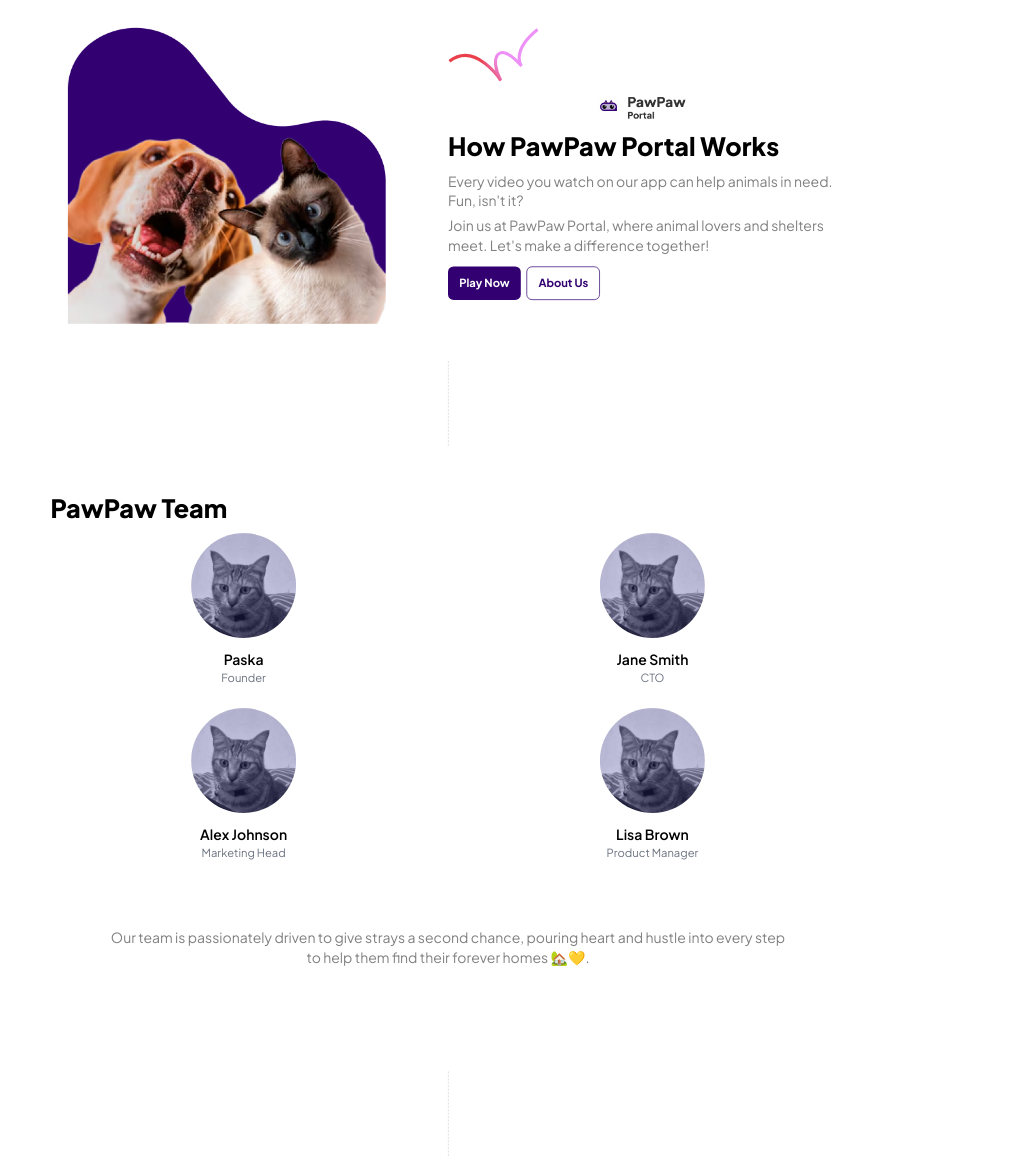
Repository: paskasiregar/pawpawwebsite
Page: /
An editor plug-in stored every save of this project. The page is shown before and after the next save, followed by the edit.
The browser window is 1280 px wide. The page is 1450 px wide, so the pictures cover 1450 px, including what lies to the right of the window. The pictures show the part of the page from y = 1062 to 2742 px (the page is 4208 px tall), at 70% of full size.
The project was rebuilt for these pictures with package versions that can differ from the ones it lists, and the page was loaded fresh each time. The framework's server and built-in components were replaced by stand-ins that run in the browser. Also part of the build but not shown: next.config.js, next.config.mjs.

Above is the page before, as saved 2024-09-06 11:23:05.

### src/app/layout.js
import { Inter } from "next/font/google";
import "./globals.css";

const inter = Inter({ subsets: ["latin"] });

export const metadata = {
  title: "PawPaw Portal | Your One-Stop Shelter",
  description: "Your One-Stop Shelter",
};

export default function RootLayout({ children }) {
  return (
    <html lang="en">
      <meta
        name="google-adsense-account"
        content="ca-pub-4770655134097556"
      ></meta>
      <body className={inter.className}>{children}</body>
    </html>
  );
}

### src/app/page.js
import { Contact } from "@/components/contact";
import { Divider } from "@/components/divider";
import { Footer } from "@/components/footer";
import { Header } from "@/components/header";
import CTA from "@/components/CTA";
import Hero from "@/components/hero";
import PrimaryButton from "@/components/primaryButton";
import SecButton from "@/components/secButton";
import Image from "next/image";
import bannerImage from "../assets/banner.png";
import logoHeaderImage from "../assets/banner-10.png";
import Link from "next/link";
import Head from "next/head";
import piupiu from "../assets/piupiu.png";
import paska from "../assets/paska.png";

export default async function Home() {
  return (
    <div className="w-full font-plus-jakarta m-auto flex min-h-screen flex-col items-center justify-between">
      <Head>
        <script
          async
          src="https://pagead2.googlesyndication.com/pagead/js/adsbygoogle.js?client=ca-pub-4770655134097556"
          crossorigin="anonymous"
        ></script>
      </Head>
      <section className="w-full">
        <div className="centeredcontainer main-container">
          <Header />
        </div>
        <main className="main-container">
          <Hero />
          <Divider />
          <div className="self-stretch bg-white flex flex-col md:flex-row">
            <div className="flex-1 relative h-48 md:h-[489px] z-[0] flex items-center justify-center">
              <Image
                className="w-[80%] h-auto object-cover"
                alt="banner"
                src={bannerImage}
                width={200}
                height={200}
              />
            </div>

            {/* How it works */}
            <div
              id="how-it-works"
              className="flex-1 flex flex-col items-center md:items-start justify-center gap-4 z-[1] p-4 md:p-8"
            >
              <div className="space-y-4">
                <div className="flex justify-center md:justify-start">
                  <svg
                    width="130"
                    height="77"
                    viewBox="0 0 130 77"
                    fill="none"
                    xmlns="http://www.w3.org/2000/svg"
                  >
                    <path
                      d="M2.04016 48.038C39.1938 19.0059 75.4362 75.5193 75.4362 75.5193C58.6481 44.4597 70.5515 14.7701 105.05 54.8444C105.05 54.8444 88.8644 34.0647 127.885 2.52962"
                      stroke="url(#paint0_linear_545_35744)"
                      strokeWidth="4.42591"
                      strokeMiterlimit="10"
                      strokeLinejoin="bevel"
                    />
                    <defs>
                      <linearGradient
                        id="paint0_linear_545_35744"
                        x1="19.971"
                        y1="73.8863"
                        x2="126.116"
                        y2="-0.218346"
                        gradientUnits="userSpaceOnUse"
                      >
                        <stop offset="0.2868" stopColor="#E9404C" />
                        <stop offset="0.2967" stopColor="#EA475C" />
                        <stop offset="0.3252" stopColor="#EB5B85" />
                        <stop offset="0.3554" stopColor="#EB6CA8" />
                        <stop offset="0.3871" stopColor="#EC79C5" />
                        <stop offset="0.4209" stopColor="#EC84DB" />
                        <stop offset="0.4577" stopColor="#ED8BEB" />
                        <stop offset="0.4998" stopColor="#ED90F4" />
                        <stop offset="0.5589" stopColor="#ED91F7" />
                      </linearGradient>
                    </defs>
                  </svg>
                </div>
                <div className="hidden md:flex items-center justify-center">
                  <Image
                    className="w-36 h-10 object-cover"
                    alt="Logo"
                    src={logoHeaderImage}
                    width={120}
                    height={20}
                  />
                </div>
                <div className="flex flex-col items-center md:items-start">
                  <div className="relative font-extrabold text-2xl md:text-4xl text-center md:text-left">
                    How PawPaw Portal Works
                  </div>
                </div>
                <div className="self-stretch flex flex-col md:flex-row items-center md:items-start justify-start text-lg md:text-xl text-gray-500">
                  <div className="flex-1 flex flex-col items-center md:items-start justify-start">
                    <div className="self-stretch">
                      <p className="m-0 text-center md:text-left">
                        Every video you watch on our app can help animals in
                        need. Fun, isn&apos;t it?
                      </p>
                      <p className="m-2"></p>
                      <p className="m-0 text-center md:text-left">
                        Join us at PawPaw Portal, where animal lovers and
                        shelters meet. Let&apos;s make a difference together!
                      </p>
                    </div>
                  </div>
                </div>
                <div className="flex flex-col md:flex-row gap-2">
                  <PrimaryButton href="https://game.pawpawportal.com">
                    Play Now
                  </PrimaryButton>
                  <Link
                    href="#about-us"
                    className="flex flex-col md:flex-row gap-2"
                  >
                    <SecButton>About Us</SecButton>
                  </Link>
                </div>
              </div>
            </div>
          </div>

          {/* Team */}
          <Divider />
          <div className="self-stretch bg-white flex flex-col md:flex-row">
            <div
              id="team"
              className="flex-1 flex flex-col items-center md:items-start justify-center gap-4 z-[1] p-4 md:p-8"
            >
              <div className="space-y-4">
                <div className="flex flex-col items-center md:items-start">
                  <div className="relative font-extrabold text-2xl md:text-4xl text-center md:text-center">
                    PawPaw Team
                  </div>
                </div>

                <div className="grid grid-cols-1 md:grid-cols-2 gap-6 md:gap-8">
                  {/* Team Member 1 */}
                  <div className="flex flex-col items-center">
                    <Image
                      className="rounded-full"
                      alt="Paska"
                      src={piupiu}
                      width={150}
                      height={150}
                    />
                    <div className="text-xl font-semibold mt-4">Paska</div>
                    <div className="text-gray-500">Founder</div>
                  </div>

                  {/* Team Member 2 */}
                  <div className="flex flex-col items-center">
                    <Image
                      className="rounded-full"
                      alt="PiuPiu"
                      src={piupiu}
                      width={150}
                      height={150}
                    />
                    <div className="text-xl font-semibold mt-4">Jane Smith</div>
                    <div className="text-gray-500">CTO</div>
                  </div>

                  {/* Add more team members as needed */}
                  <div className="flex flex-col items-center">
                    <Image
                      className="rounded-full"
                      alt="PiuPiu"
                      src={piupiu}
                      width={150}
                      height={150}
                    />
                    <div className="text-xl font-semibold mt-4">
                      Alex Johnson
                    </div>
                    <div className="text-gray-500">Marketing Head</div>
                  </div>

                  <div className="flex flex-col items-center">
                    <Image
                      className="rounded-full"
                      alt="PiuPiu"
                      src={piupiu}
                      width={150}
                      height={150}
                    />
                    <div className="text-xl font-semibold mt-4">Lisa Brown</div>
                    <div className="text-gray-500">Product Manager</div>
                  </div>
                </div>

                <div className="self-stretch flex flex-col md:flex-row items-center md:items-start justify-start text-lg md:text-xl text-gray-500">
                  <div className="flex-1 flex flex-col items-center md:items-start justify-start">
                    <div className="self-stretch">
                      <p className="m-2"></p>
                      <p className="m-20 text-center md:text-center">
                        Our team is passionately driven to give strays a second
                        chance, pouring heart and hustle into every step to help
                        them find their forever homes 🏡💛.
                      </p>
                    </div>
                  </div>
                </div>
              </div>
            </div>
          </div>

          <Divider />
          <Contact />
        </main>
        <div className="w-full">
          <div>
            <CTA />
          </div>
          <div id="about-us">
            <Footer />
          </div>
        </div>
      </section>
    </div>
  );
}

### src/app/globals.css
@import url("https://fonts.googleapis.com/css2?family=Plus+Jakarta+Sans:wght@400;600;700;800&display=swap");

@tailwind base;
@tailwind components;
@tailwind utilities;

body {
  font-family: "Plus Jakarta Sans", sans-serif;
}

p,
ul {
  color: gray;
  margin-bottom: 2px;
}

section {
  margin-bottom: 8px;
}

.hero-bg {
  display: flex;
  background: radial-gradient(circle,
      rgb(204, 188, 230) 10%,
      rgb(255, 255, 255) 50%);
}

.cta-container {
  display: flex;
  justify-content: center;
  align-items: center;
  position: relative;
  background: radial-gradient(circle, rgb(14, 4, 4) 0%, rgb(14, 1, 51) 100%);
  padding: 20px;
  gap: 20px;
  min-height: 200px;
}

.cta-button {
  display: inline-block;
  padding: 20px 40px;
  font-size: 24px;
  font-weight: bold;
  color: white;
  background: black;
  border-radius: 40px;
  position: relative;
  z-index: 1;
  overflow: hidden;
  transition: all 0.3s ease;
  text-align: center;
}

.cta-button::before {
  content: "";
  position: absolute;
  top: -2px;
  left: -2px;
  right: -2px;
  bottom: -2px;
  background: linear-gradient(90deg,
      rgb(255, 244, 97) 0%,
      rgb(187, 61, 255) 50%,
      rgb(142, 23, 23) 100%);
  z-index: -1;
  border-radius: inherit;
}

.cta-button::after {
  content: "";
  position: absolute;
  top: 2px;
  left: 2px;
  right: 2px;
  bottom: 2px;
  background: black;
  z-index: -1;
  border-radius: inherit;
}

.cta-button:hover {
  color: rgb(237, 246, 133);
  background: white;
}

.footer-bg {
  background: radial-gradient(circle, rgb(14, 4, 4) 0%, rgb(14, 1, 51) 100%);
  color: white;
  text-align: center;
  padding: 20px;
}

.centeredcontainer {
  width: 100vw;
  height: auto;
}

.main-container {
  width: 100%;
  max-width: 1200px;
  margin: 0 auto;
  padding: 0;
}

.header-content {
  display: flex;
  flex-direction: row;
  align-items: center;
  justify-content: space-between;
}

.header-logo-button {
  display: flex;
  flex-direction: row;
  align-items: center;
  gap: 16px;
  /* Adjust spacing as needed */
}

html {
  scroll-behavior: smooth;
}

### src/components/contact.jsx
import React from "react";
import PrimaryButton from "@/components/primaryButton";
import NameInput from "./nameInput";
import EmailInput from "./emailInput";
import MessageInput from "./mesageInput";
import Image from "next/image";
import logoHeaderImage from "../assets/banner-10.png";

export const Contact = () => {
  return (
    <div className="font-plus-jakarta flex flex-col items-center justify-center py-16 px-4 md:px-[200px] gap-[40px] text-29xl">
      <div className="flex justify-start items-start">
        <svg
          width="1620"
          height="188"
          viewBox="0 0 1620 188"
          fill="none"
          xmlns="http://www.w3.org/2000/svg"
        >
          <path
            d="M1891 188C1891 100.375 1784.67 29.342 1653.5 29.342C1522.34 29.342 1413.53 100.375 1413.53 188C1413.53 122.37 1317.84 69.158 1199.78 69.158C1081.72 69.158 986.029 122.362 986.029 188C986.029 85.8274 930.825 3 862.735 3C794.645 3 737.369 85.8274 737.369 188C737.369 108.853 646.33 44.6865 534.029 44.6865C421.728 44.6865 330.689 108.853 330.689 188C330.689 134.381 239.649 90.9105 127.349 90.9105C15.0481 90.9105 -76 134.381 -76 188"
            stroke="url(#paint0_linear_545_35799)"
            strokeWidth="6"
            strokeMiterlimit="10"
            strokeLinejoin="bevel"
          />
          <defs>
            <linearGradient
              id="paint0_linear_545_35799"
              x1="-84.5283"
              y1="91.1699"
              x2="1899.52"
              y2="91.1699"
              gradientUnits="userSpaceOnUse"
            >
              <stop offset="0.0224" stopColor="#EBADD7" />
              <stop offset="1" stopColor="#FF2445" />
            </linearGradient>
          </defs>
        </svg>
      </div>
      <Image
        className="w-36 h-10 object-cover"
        alt="Logo"
        src={logoHeaderImage}
        width={120}
        height={20}
      />
      <div className="text-4xl font-extrabold w-full">Contact Us</div>
      <form
        action="https://forms.office.com/Pages/ResponsePage.aspx?id=FYBQO9x7eUe5JQ3XgE-7JgfHRnXS951Jum6QCf1rDZlUOTFYM1gyVUNMUzAyRTlFRVlHNUo5UVVRSy4u"
        method="post"
        target="_blank"
        className="w-full"
      >
        <div className="w-full flex flex-col items-start gap-[16px] text-base text-light-l800 font-regular-reg-2">
          <div className="w-full flex flex-col md:flex-row gap-[20px]">
            <div className="w-full md:w-1/2">
              <label
                htmlFor="name"
                className="w-full block text-sm font-medium text-gray-700"
              ></label>
              <NameInput className="w-full" id="name" name="name" required />
            </div>
            <div className="w-full md:w-1/2">
              <label
                htmlFor="email"
                className="block text-sm font-medium text-gray-700"
              ></label>
              <EmailInput className="w-full" id="email" name="email" required />
            </div>
          </div>
          <div className="w-full">
            <label
              htmlFor="message"
              className="block text-sm font-medium text-gray-700"
            ></label>
            <MessageInput
              className="w-full"
              id="message"
              name="message"
              required
            />
          </div>
        </div>
        <div className="mt-4">
          <PrimaryButton type="submit">Send Now</PrimaryButton>
        </div>
      </form>
    </div>
  );
};

export default Contact;

### src/components/divider.jsx
export const Divider = () => {
  return (
    <div className="self-stretch h-[195px] flex flex-row items-center justify-center py-16 px-[130px] box-border">
      <div className="w-px relative box-border h-[121px] border-r-[1px] border-dashed border-gray-300" />
    </div>
  );
};

### src/components/header.jsx
import Link from "next/link";
import PrimaryButton from "@/components/primaryButton";
import React from "react";
import Image from "next/image";
import logoHeaderImage from "../assets/banner-10.png";

export const Header = () => {
  return (
    <div className="font-plus-jakarta w-full flex flex-col items-center justify-center text-left text-gray-500">
      <div className="self-stretch bg-white flex flex-col items-center justify-center text-sm">
        <div className="w-full header-content p-2.5 box-border">
          <Link href="/">
            {" "}
            {/* Homepage */}
            <Image
              className="w-36 h-10 object-cover"
              alt="Logo"
              src={logoHeaderImage}
              width={120}
              height={20}
            />
          </Link>
          <div className="hidden md:flex flex-row items-center justify-center gap-8">
            <div>
              <Link href="#how-it-works">How It Works</Link>
            </div>
            <div>
              <Link href="#about-us">About Us</Link>
            </div>
            <div>
              <Link href="/privacy">Privacy Policy</Link>
            </div>
          </div>
          <div className="header-logo-button">
            <PrimaryButton href="https://game.pawpawportal.com">
              Be Our Hero Today!
            </PrimaryButton>
          </div>
        </div>
      </div>
    </div>
  );
};

export default Header;

### src/components/CTA.jsx
import React from "react";
import Link from "next/link";

const CTA = () => {
  return (
    <div className="cta-container font-plus-jakarta p-4 md:p-8 flex flex-col md:flex-row items-center justify-center">
      <svg
        className="cta-decoration mb-4 md:mb-0 md:mr-4"
        width="48"
        height="46"
        viewBox="0 0 48 46"
        fill="none"
        xmlns="http://www.w3.org/2000/svg"
      >
        <path
          d="M2 46C2 27.296 29.551 30.0086 36.5736 34.5625C36.5736 34.5625 14.4611 2 47.5714 2"
          stroke="url(#cta_gradient)"
          strokeWidth="3.92857"
          strokeMiterlimit="10"
          strokeLinejoin="bevel"
        />
        <defs>
          <linearGradient
            id="cta_gradient"
            x1="37.3571"
            y1="2"
            x2="7.5"
            y2="46"
            gradientUnits="userSpaceOnUse"
          >
            <stop stopColor="#FF2445" />
            <stop offset="1" stopColor="#F5AB0E" />
          </linearGradient>
        </defs>
      </svg>
      <Link href="https://game.pawpawportal.com">
        <div className="cta-button text-center bg-gradient-to-r from-orange-500 to-pink-500 text-white font-bold py-2 px-4 rounded-lg shadow-lg cursor-pointer">
          Play Our Game Now
        </div>
      </Link>
    </div>
  );
};

export default CTA;

### src/components/primaryButton.jsx
import React from "react";

const PrimaryButton = ({ children, onClick }) => {
  return (
    <button
      className="self-stretch bg-inherit-320071 hover:bg-blue-700 text-white font-bold px-4 py-3 rounded-lg"
      onClick={onClick}
    >
      {children}
    </button>
  );
};

export default PrimaryButton;

### src/components/secButton.jsx
import React from "react";

const SecButton = ({ children, onClick }) => {
  return (
    <button
      className="bg-white border border-inherit-320071 text-inherit-320071 font-bold py-2 px-4 rounded-lg"
      onClick={onClick}
    >
      {children}
    </button>
  );
};

export default SecButton;

### src/components/nameInput.jsx
import React from "react";

const NameInput = ({ value, onChange }) => {
  return (
    <div className="mb-4">
      <label
        className="block text-gray-700 text-sm font-bold mb-2"
        htmlFor="name"
      >
        Name
      </label>
      <input
        id="name"
        type="text"
        value={value}
        onChange={onChange}
        className="shadow appearance-none border rounded w-full py-2 px-3 text-gray-700 leading-tight focus:outline-none focus:shadow-outline"
        placeholder="Your Name"
      />
    </div>
  );
};

export default NameInput;

### src/components/emailInput.jsx
import React from "react";

const EmailInput = ({ value, onChange }) => {
  return (
    <div className="mb-4">
      <label
        className="block text-gray-700 text-sm font-bold mb-2"
        htmlFor="email"
      >
        Email
      </label>
      <input
        id="email"
        type="email"
        value={value}
        onChange={onChange}
        className="shadow appearance-none border rounded w-full py-2 px-3 text-gray-700 leading-tight focus:outline-none focus:shadow-outline"
        placeholder="Your Email"
      />
    </div>
  );
};

export default EmailInput;

### src/components/mesageInput.jsx
import React from "react";

const MessageInput = ({ value, onChange }) => {
  return (
    <div className="mb-4">
      <label
        className="block text-gray-700 text-sm font-bold mb-2"
        htmlFor="message"
      >
        Message
      </label>
      <textarea
        id="message"
        value={value}
        onChange={onChange}
        className="shadow appearance-none border rounded w-full py-2 px-3 text-gray-700 leading-tight focus:outline-none focus:shadow-outline"
        placeholder="Your Message"
        rows="5"
      />
    </div>
  );
};

export default MessageInput;

Loaded but not shown: tailwind.config.js (24 lines, source omitted); src/components/hero.jsx (211 lines, source omitted); src/components/footer.jsx (175 lines, source omitted)

After the next save:
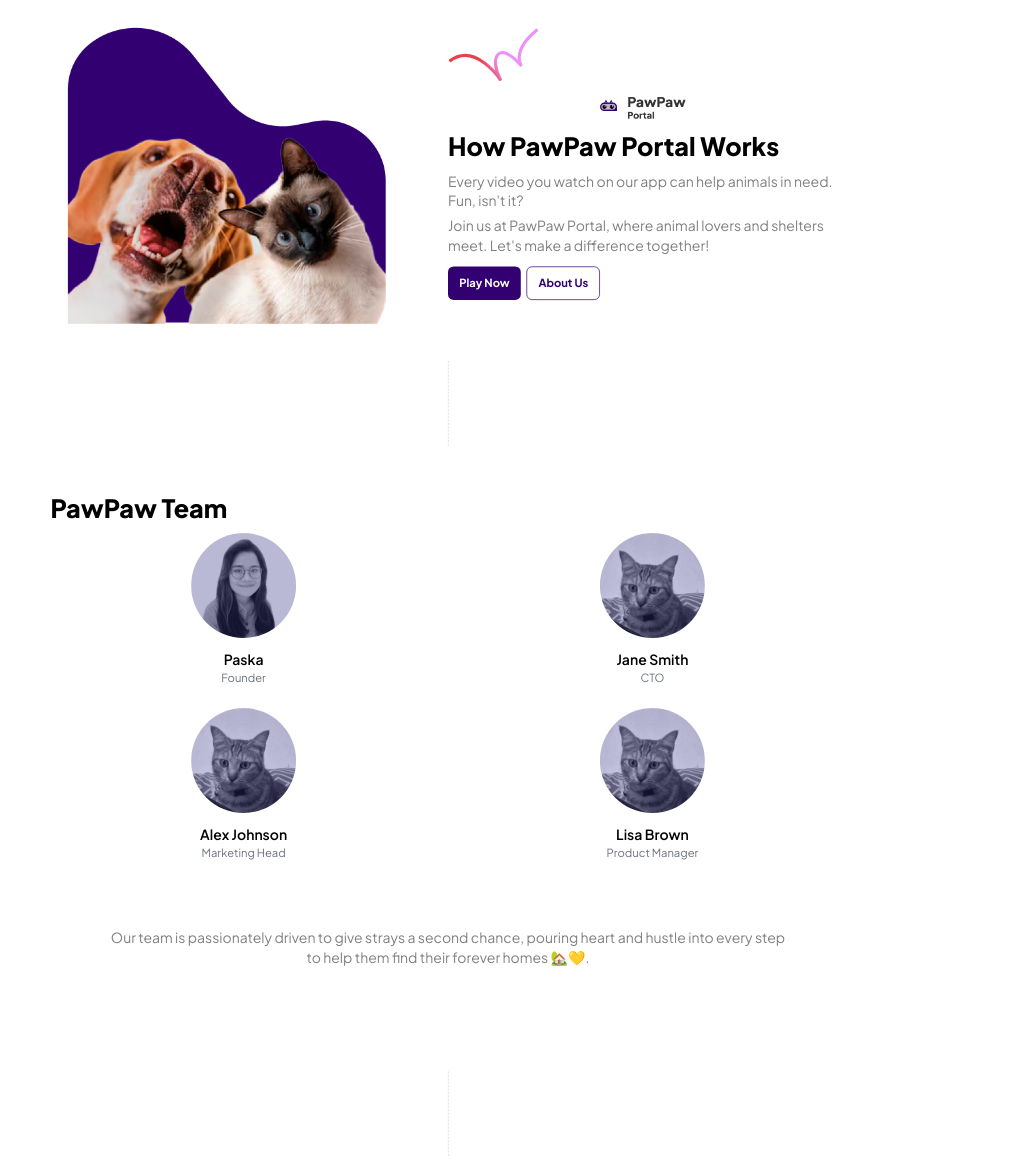
Saved 7 s later.
--- a/src/app/page.js
+++ b/src/app/page.js
@@ -149,7 +149,7 @@ export default async function Home() {
                     <Image
                       className="rounded-full"
                       alt="Paska"
-                      src={piupiu}
+                      src={paska}
                       width={150}
                       height={150}
                     />
